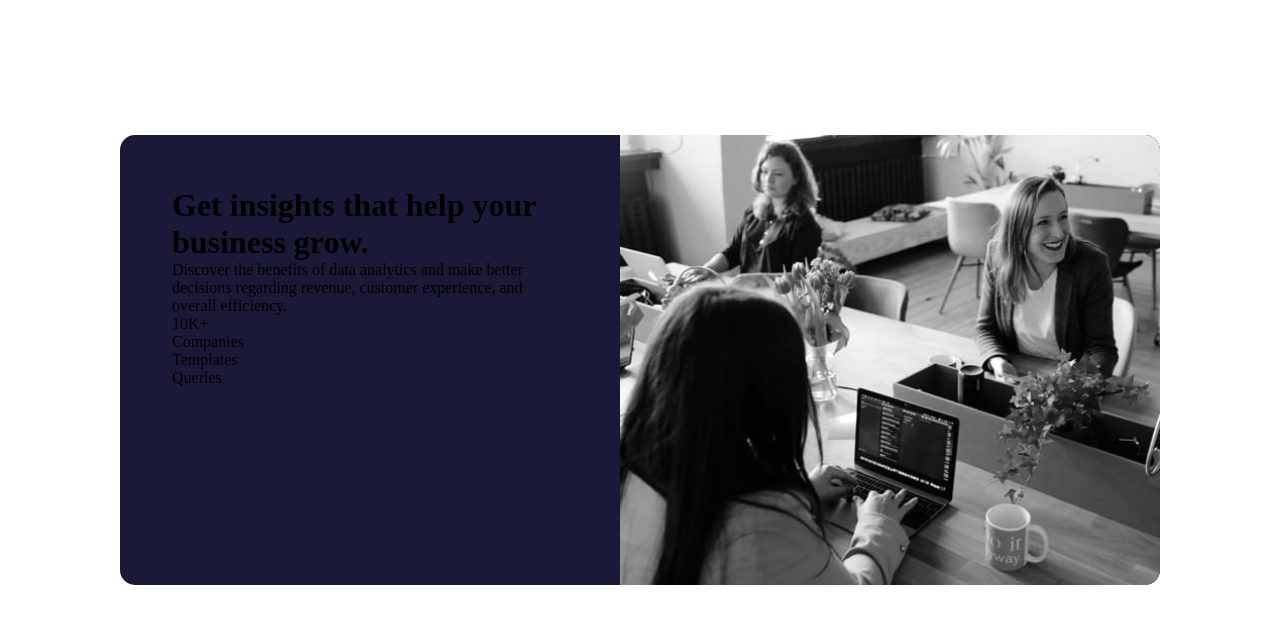
Repository: keisewarsame/stats-preview-frontendmentor
Page: index.html
An editor plug-in stored every save of this project. The page is shown before and after a run of saves, followed by the edit.
The browser window is 1280 px wide. The pictures show the whole page.

Above is the page before, as saved 2022-07-12 12:53:39.

After the next 3 saves:
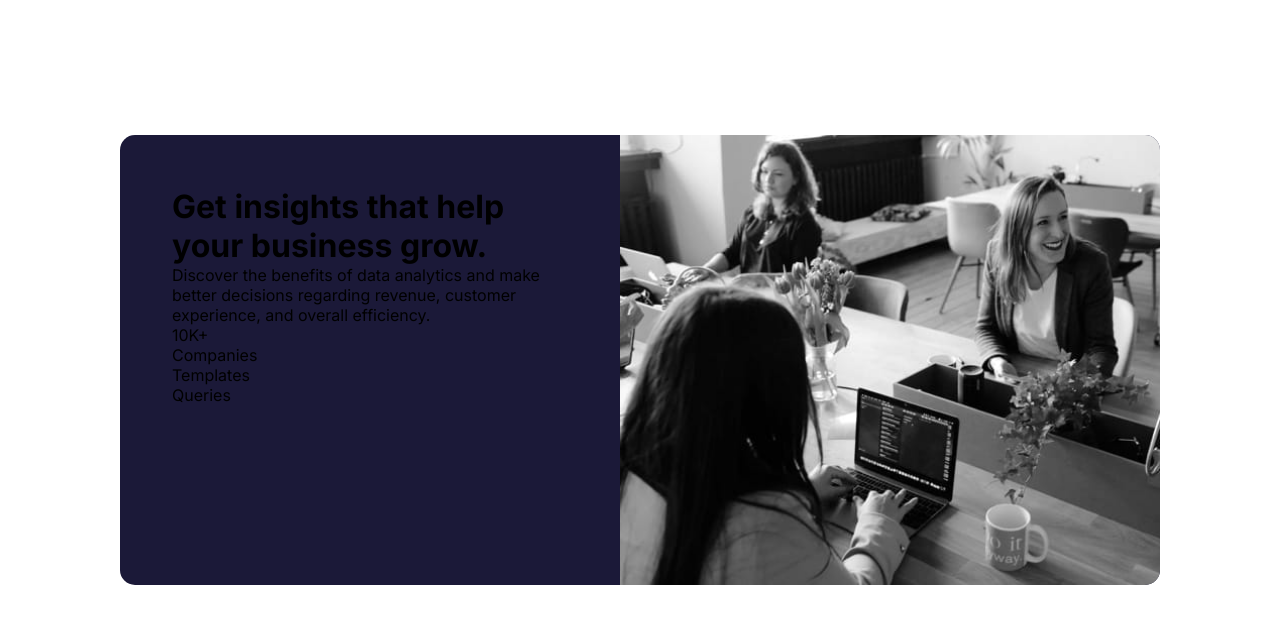
The 3 saves are shown as one change because they came seconds apart.
The last was saved 72 s later.
--- a/styles.css
+++ b/styles.css
@@ -25,7 +25,7 @@ body {
 
 .text-component {
     padding: 5%;
-    font-family: ;
+    font-family: 'Inter', sans-serif;
 }
 
 .title {
